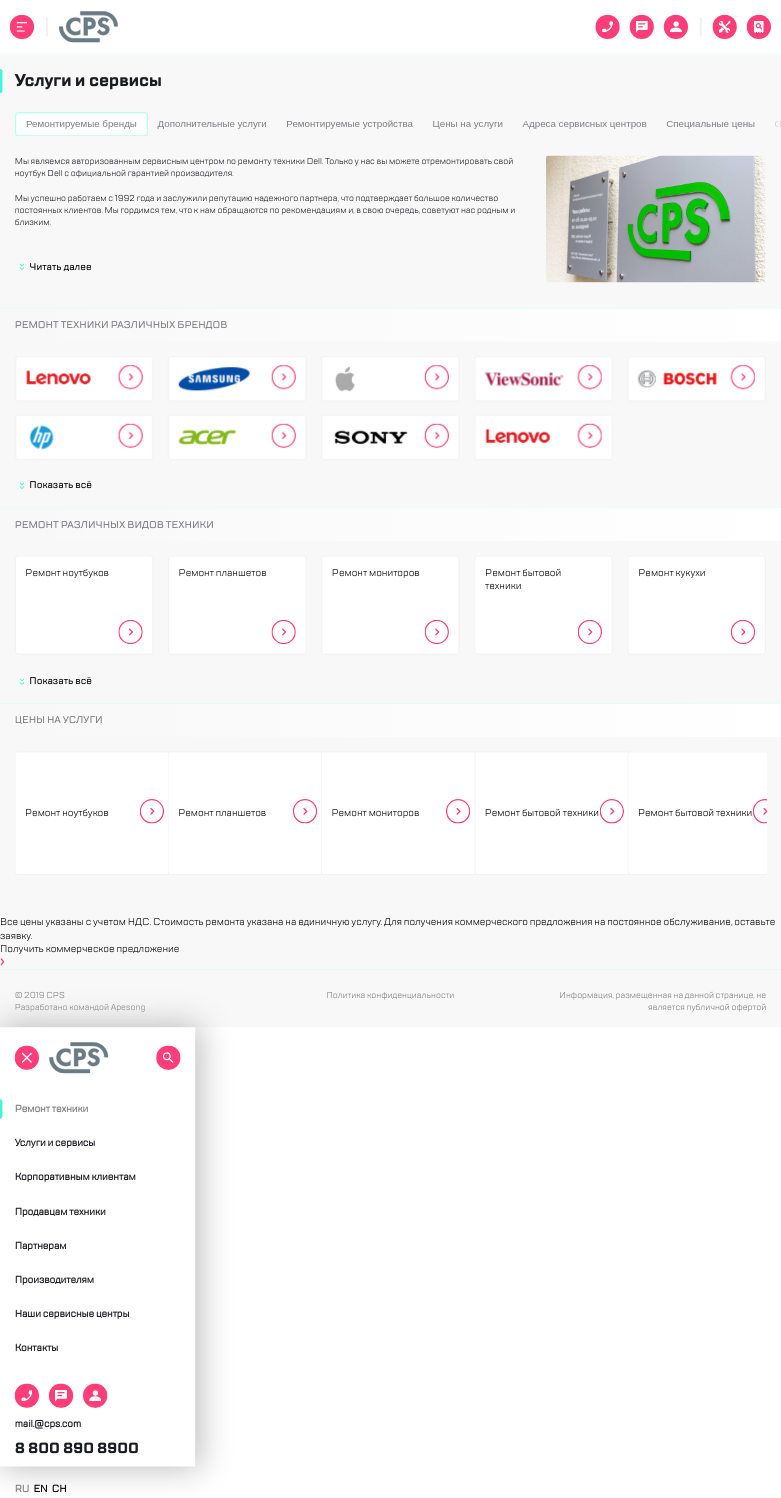
Repository: Dedoxa/WebCoreF
Page: /
These files come from the project's save history. The page is drawn as it stood at one moment and after the next save; the edit follows.
The browser window is 1280 px wide. The pictures show the whole page, at 61% of full size.
The project was rebuilt for these pictures with package versions that can differ from the ones it lists, and the page was loaded fresh each time. Also part of the build but not shown: webpack.config.js.

Above is the page before, as saved 2024-06-15 18:23:09.

### src/index.html
<!DOCTYPE html>
<html lang="en">
  <head>
    <meta charset="UTF-8" />
    <meta
      name="viewport"
      content="width=device-width, user-scalable=no, initial-scale=1.0, maximum-scale=1.0, minimum-scale=1.0"
    />
    <meta http-equiv="X-UA-Compatible" content="ie=edge" />
    <title>WebCoreFinal</title>
  </head>
  <body>
    <header class="header">
      <div class="header__left-side">
        <a id="burger" href="#" class="icon header__icon"></a>
        <a id="logo" href="#" class="icon header__icon"></a>
      </div>
      <div class="header__right-side">
        <a id="call" href="#" class="icon header__icon"></a>
        <a id="chat" href="#" class="icon header__icon"></a>
        <a id="profile" href="#" class="icon header__icon"></a>
        <a id="repair" href="#" class="icon header__icon"></a>
        <a id="checkStatus" href="#" class="icon header__icon"></a>
      </div>
    </header>
    <main>
      <section class="presentation">
        <div class="presentation__wrapper">
          <div class="presentation__title">
            <h1 class="presentation__heading">Услуги и сервисы</h1>
            <div class="presentation__right-area">
              <label class="presentation__icon-area">
                <span class="presentation__icon-text">Оставить заявку</span>
                <a id="repair" href="#" class="icon presentation__icon"></a>
              </label>
              <label class="presentation__icon-area">
                <span class="presentation__icon-text">Статус ремонта</span>
                <a id="checkStatus" href="#" class="icon presentation__icon"></a>
              </label>
            </div>
          </div>
          <div class="presentation__buttons">
            <button href="#" class="presentation__button presentation__button--focus">
              Ремонтируемые бренды
            </button>
            <button href="#" class="presentation__button">
              Дополнительные услуги
            </button>
            <button href="#" class="presentation__button">
              Ремонтируемые устройства
            </button>
            <button href="#" class="presentation__button">
              Цены на услуги
            </button>
            <button href="#" class="presentation__button">
              Адреса сервисных центров
            </button>
            <button href="#" class="presentation__button">
              Специальные цены
            </button>
            <button href="#" class="presentation__button">Отзывы</button>
            <div class="presentation__right-fade-effect"></div>
          </div>
          <div class="presentation__container">
            <div class="presentation__description">
              <p class="presentation__text">
                Мы являемся авторизованным сервисным центром по ремонту техники
                Dell. Только у нас вы можете отремонтировать свой ноутбук Dell с
                официальной гарантией производителя. <br /><br />
                Мы успешно работаем с 1992 года и заслужили репутацию надежного
                партнера, что подтверждает большое количество постоянных клиентов.
                Мы гордимся тем, что к нам обращаются по рекомендациям и, в свою
                очередь, советуют нас родным и близким.
              </p>
              <span class="presentation__toggler">Читать далее</span>
            </div>
            <img src="img/CPS-img-tablet.jpg" alt="" class="presentation__image-tablet" />
            <img
              src="img/CPS-img-desktop.jpg"
              alt=""
              class="presentation__image-desktop"
            />
          </div>
        </div>
        <img src="img/CPS-img-phone.jpg" alt="" class="presentation__image-phone" />
      </section>
      <section class="plates">
        <header class="plates__heading">
            <div class="plates__wrapper plates__wrapper-heading">
                <span>Ремонт техники различных брендов</span>
            </div>
        </header>
        <div class="plates__content-area">
            <div class="plates__wrapper">
                <div class="plates__swiper-container">
                    <div class="swiper plates__swiper">
                        <div id="plate-options" class="swiper-wrapper plates__brands-wrapper">
                            <div class="swiper-slide plates__slide">
                                <div class="plates__brand-plate">
                                    <img src="../img/logo-lenovo.png"  width="108" height="32"  class="plates__logo"></img>
                                    <div class="plates__dropdown-wrapper">
                                      <img src="./img/ic-dropdown.svg"></img>
                                    </div>
                                </div>
                            </div>
                            <div class="swiper-slide plates__slide">
                                <div class="plates__brand-plate">
                                    <img src="../img/logo-samsung.png" width="116" height="38.52" class="plates__logo"></img>
                                    <div class="plates__dropdown-wrapper">
                                      <img src="./img/ic-dropdown.svg"></img>
                                    </div>
                                </div>
                            </div>
                            <div class="swiper-slide plates__slide">
                                <div class="plates__brand-plate">
                                    <img src="../img/logo-apple.png" width="44" height="44" class="plates__logo"></img>
                                    <div class="plates__dropdown-wrapper">
                                      <img src="./img/ic-dropdown.svg"></img>
                                    </div>
                                </div>
                            </div>
                            <div class="swiper-slide plates__slide">
                                <div class="plates__brand-plate">
                                    <img src="../img/logo-viewSonic.png" width="128" height="21" class="plates__logo"></img>
                                    <div class="plates__dropdown-wrapper">
                                      <img src="./img/ic-dropdown.svg"></img>
                                    </div>
                                </div>
                            </div>
                            <div class="swiper-slide plates__slide">
                                <div class="plates__brand-plate">
                                    <img src="../img/logo-bosch.png" width="128" height="28.6" class="plates__logo"></img>
                                    <div class="plates__dropdown-wrapper">
                                      <img src="./img/ic-dropdown.svg"></img>
                                    </div>
                                </div>
                            </div>
                            <div class="swiper-slide plates__slide">
                                <div class="plates__brand-plate">
                                    <img src="../img/logo-hp.png" width="52" height="52" class="plates__logo"></img>
                                    <div class="plates__dropdown-wrapper">
                                      <img src="./img/ic-dropdown.svg"></img>
                                    </div>
                                </div>
                            </div>
                            <div class="swiper-slide plates__slide">
                                <div class="plates__brand-plate">
                                    <img src="../img/logo-acer.png" width="94" height="24" class="plates__logo"></img>
                                    <div class="plates__dropdown-wrapper">
                                      <img src="./img/ic-dropdown.svg"></img>
                                    </div>
                                </div>
                            </div>
                            <div class="swiper-slide plates__slide">
                                <div class="plates__brand-plate">
                                    <img src="../img/logo-sony.png" width="128" height="25.6" class="plates__logo"></img>
                                    <div class="plates__dropdown-wrapper">
                                      <img src="./img/ic-dropdown.svg"></img>
                                    </div>
                                </div>
                            </div>
                            <div class="swiper-slide plates__slide">
                                <div class="plates__brand-plate">
                                    <img src="../img/logo-lenovo.png"  width="108" height="32"  class="plates__logo"></img>
                                    <div class="plates__dropdown-wrapper">
                                      <img src="./img/ic-dropdown.svg"></img>
                                    </div>
                                </div>
                            </div>
                        </div>
                        <div class="swiper-pagination"></div>
                    </div>
                </div>
            </div>
            <div class="plates__toggler-area">
                <label class="plates__wrapper plates__wrapper-toggler">
                    <span id="plates-toggler" class="plates__toggler">Показать всё</span>
                </label>
            </div>
        </div>
      </section>
      <section class="plates">
        <header class="plates__heading">
            <div class="plates__wrapper plates__wrapper-heading">
                <span>Ремонт различных видов техники</span>
            </div>
        </header>
        <div class="plates__content-area">
            <div class="plates__wrapper">
                <div class="plates__swiper-container">
                    <div class="swiper plates__swiper">
                        <div id="device-options" class="swiper-wrapper plates__devices-wrapper">
                            <div class="swiper-slide plates__slide">
                                <div class="plates__device-plate">
                                  <span class="plates__logo">Ремонт ноутбуков</span>
                                  <div class="plates__dropdown-wrapper">
                                    <img src="./img/ic-dropdown.svg"></img>
                                  </div>
                                </div>
                            </div>
                            <div class="swiper-slide plates__slide">
                                <div class="plates__device-plate">
                                  <span class="plates__logo">Ремонт планшетов</span>
                                  <div class="plates__dropdown-wrapper">
                                    <img src="./img/ic-dropdown.svg"></img>
                                  </div>
                                </div>
                            </div>
                            <div class="swiper-slide plates__slide">
                                <div class="plates__device-plate">
                                  <span class="plates__logo">Ремонт мониторов</span>
                                  <div class="plates__dropdown-wrapper">
                                    <img src="./img/ic-dropdown.svg"></img>
                                  </div>
                                </div>
                            </div>
                            <div class="swiper-slide plates__slide">
                                <div class="plates__device-plate">
                                  <span class="plates__logo">Ремонт бытовой техники</span>
                                  <div class="plates__dropdown-wrapper">
                                    <img src="./img/ic-dropdown.svg"></img>
                                  </div>
                                </div>
                            </div>
                            <div class="swiper-slide plates__slide">
                                <div class="plates__device-plate">
                                  <span class="plates__logo">Ремонт кукухи</span>
                                  <div class="plates__dropdown-wrapper">
                                    <img src="./img/ic-dropdown.svg"></img>
                                  </div>
                                </div>
                            </div>
                            <div class="swiper-slide plates__slide">
                                <div class="plates__device-plate">
                                  <span class="plates__logo">Ремонт шмемонт</span>
                                  <div class="plates__dropdown-wrapper">
                                    <img src="./img/ic-dropdown.svg"></img>
                                  </div>
                                </div>
                            </div>
                            <div class="swiper-slide plates__slide">
                                <div class="plates__device-plate">
                                  <span class="plates__logo">Ремонт бельмонт</span>
                                  <div class="plates__dropdown-wrapper">
                                    <img src="./img/ic-dropdown.svg"></img>
                                  </div>
                                </div>
                            </div>
                            <div class="swiper-slide plates__slide">
                                <div class="plates__device-plate">
                                  <span class="plates__logo">Ремонт взял тебя на понт</span>
                                  <div class="plates__dropdown-wrapper">
                                    <img src="./img/ic-dropdown.svg"></img>
                                  </div>
                                </div>
                            </div>
                            <div class="swiper-slide plates__slide">
                                <div class="plates__device-plate">
                                  <span class="plates__logo">Ремонт дорог (вечный*)</span>
                                  <div class="plates__dropdown-wrapper">
                                    <img src="./img/ic-dropdown.svg"></img>
                                  </div>
                                </div>
                            </div>
                        </div>
                        <div class="swiper-pagination"></div>
                    </div>
                </div>
            </div>
            <div class="plates__toggler-area">
                <label class="plates__wrapper plates__wrapper-toggler">
                    <span id="devices-toggler" class="plates__toggler">Показать всё</span>
                </label>
            </div>
        </div>
      </section>
      <section class="plates">
        <header class="plates__heading">
          <div class="plates__wrapper plates__wrapper-heading">
            <span>Цены на услуги</span>
          </div>
        </header>
        <div class="plates__content-area">
          <div class="plates__wrapper">
            <div class="plates__swiper-container">
              <div class="swiper plates__swiper">
                <div class="swiper-wrapper plates__table-wrapper">

                  <div class="swiper-slide plates__slide">
                    <div class="plates__table-plate">
                      <span class="plates__logo">Ремонт ноутбуков</span>
                      <div class="plates__dropdown-wrapper">
                        <img src="./img/ic-dropdown.svg"/>
                      </div>
                    </div>
                  </div>
                  <div class="swiper-slide plates__slide">
                    <div class="plates__table-plate">
                      <span class="plates__logo">Ремонт планшетов</span>
                      <div class="plates__dropdown-wrapper">
                        <img src="./img/ic-dropdown.svg"/>
                      </div>
                    </div>
                  </div>
                  <div class="swiper-slide plates__slide">
                    <div class="plates__table-plate">
                      <span class="plates__logo">Ремонт мониторов</span>
                      <div class="plates__dropdown-wrapper">
                        <img src="./img/ic-dropdown.svg"/>
                      </div>
                    </div>
                  </div>
                  <div class="swiper-slide plates__slide">
                    <div class="plates__table-plate">
                      <span class="plates__logo">Ремонт бытовой техники</span>
                      <div class="plates__dropdown-wrapper">
                        <img src="./img/ic-dropdown.svg"/>
                      </div>
                    </div>
                  </div>
                  <div class="swiper-slide plates__slide">
                    <div class="plates__table-plate">
                      <span class="plates__logo">Ремонт бытовой техники</span>
                      <div class="plates__dropdown-wrapper">
                        <img src="./img/ic-dropdown.svg"/>
                      </div>
                    </div>
                  </div>
                </div>
                <div class="swiper-pagination"></div>
              </div>
            </div>
          </div>
        </div>
        <div class="priceText">
          <p>Все цены указаны с учетом НДС. Стоимость ремонта указана на единичную услугу. Для получения коммерческого предложения на постоянное обслуживание, оставьте заявку.</p>
          <div>
            <p>Получить коммерческое предложение</p>
            <img src="./img/ic-right-pink-arrow.svg">
          </div>
        </div>
      </section>
      <footer class="footer">
        <div class="footer__wrapper">
            <div>
              <p>© 2019 CPS<br>Разработано командой Apesong</p>
            </div>
            <div>
              <p>Политика конфиденциальности</p>
            </div>
            <div>
              <p>Информация, размещенная на данной странице, не является публичной офертой</p>
            </div>
      </footer>

      <aside class="aside-menu">
        <div class="aside-menu__wrapper">
          <div>
            <div class="aside-menu__header">
              <div class="aside-menu__subwrapper">
                <div class="aside-menu__header-left">
                  <a id="cross" href="#" class="icon aside-menu__icon"></a>
                  <a id="logo" href="#" class="icon aside-menu__icon"></a>
                </div>
                <div class="aside-menu__header-right">
                  <a id="search" href="#" class="icon aside-menu__icon"></a>
                </div>
              </div>
            </div>
            <ul class="aside-menu__links-list">
              <li class="aside-menu__link aside-menu__link--active">
                <a href="#" class=""> Ремонт техники </a>
              </li>
              <li class="aside-menu__link"><a href="#"> Услуги и сервисы </a></li>
              <li class="aside-menu__link"><a href="#"> Корпоративным клиентам </a></li>
              <li class="aside-menu__link"><a href="#"> Продавцам техники </a></li>
              <li class="aside-menu__link"><a href="#"> Партнерам </a></li>
              <li class="aside-menu__link"><a href="#"> Производителям </a></li>
              <li class="aside-menu__link"><a href="#"> Наши сервисные центры </a></li>
              <li class="aside-menu__link"><a href="#"> Контакты </a></li>
            </ul>
          </div>
          <section class="aside-menu__down-section">
            <div class="aside-menu__down-wrapper">
              <div class="aside-menu__down-icons">
                <a id="call" href="#" class="icon aside-menu__icon"></a>
                <a id="chat" href="#" class="icon aside-menu__icon"></a>
                <a id="profile" href="#" class="icon aside-menu__icon"></a>
              </div>
              <div>
                <a href="mailto:mail.@cps.com" class="aside-menu__email"><span>mail.@cps.com</span></a>
                <a href="tel:+88008908900" class="aside-menu__phone-number"><span>8 800 890 8900</span></a>
              </div>
              <div class="aside-menu__language-choice">
                <span class="aside-menu__language-option aside-menu__language-option--active">RU</span>
                <span class="aside-menu__language-option">EN</span>
                <span class="aside-menu__language-option">CH</span>
              </div>
            </div>
          </section>
        </div>
      </aside>
    </main>
  </body>
</html>

### src/scss/style.scss
@import url('./\(id\)icons.scss');
@import url('./\(import\)fonts.scss');
@import url('./\(tag\)html.scss');
@import url('./\(tag\)svg.scss');
@import url('../../node_modules/swiper/swiper-bundle.css');

@import url('./aside-menu.scss');
@import url('./footer.scss');
@import url('./header.scss');
@import url('./icon.scss');
@import url('./jsExpand.scss');
@import url('./plates.scss');
@import url('./presentation.scss');
@import url('./swiper-castomization.scss');

### src/scss/(tag)html.scss
html {
  box-sizing: border-box;
  font-family: 'TT Lakes Regular', Times, serif;

  * {
    box-sizing: inherit;
    margin: 0;
    padding: 0;

    &:before,
    &:after {
      box-sizing: inherit;
      margin: 0;
      padding: 0;
    }
  }
}

### src/scss/(tag)svg.scss
svg {
  position: absolute;
  top: 50%;
  left: 50%;
  transform: translate(-50%, -50%);
}

### src/scss/icon.scss
.icon {
  flex: 0 0 auto;
  position: relative;
  width: 40px;
  height: 40px;
  background-color: #ff3e79;
  background-repeat: no-repeat;
  background-position: center;
  border-radius: 50%;
  transition: opacity linear 0.2s;
  opacity: 100%;

  &:hover {
    transition: opacity linear 0.2s;
    opacity: 50%;
  }
}

### src/scss/jsExpand.scss
.jsExpand {
  height: max-content !important;
}

### src/scss/swiper-castomization.scss
.swiper-pagination {
  .swiper-pagination-bullet {
    width: 12px;
    height: 12px;
    background-color: #dddddd;
  }

  .swiper-pagination-bullet-active {
    background-color: #b5b6bc;
  }
}

Loaded but not shown: src/js/js.js (51 lines, source omitted); src/js/index.js (4 lines, source omitted); src/scss/presentation.scss (262 lines, source omitted); src/scss/plates.scss (208 lines, source omitted); src/scss/aside-menu.scss (163 lines, source omitted); src/scss/header.scss (87 lines, source omitted); src/scss/(import)fonts.scss (29 lines, source omitted); src/scss/footer.scss (56 lines, source omitted); src/scss/(id)icons.scss (37 lines, source omitted)

After the next save:
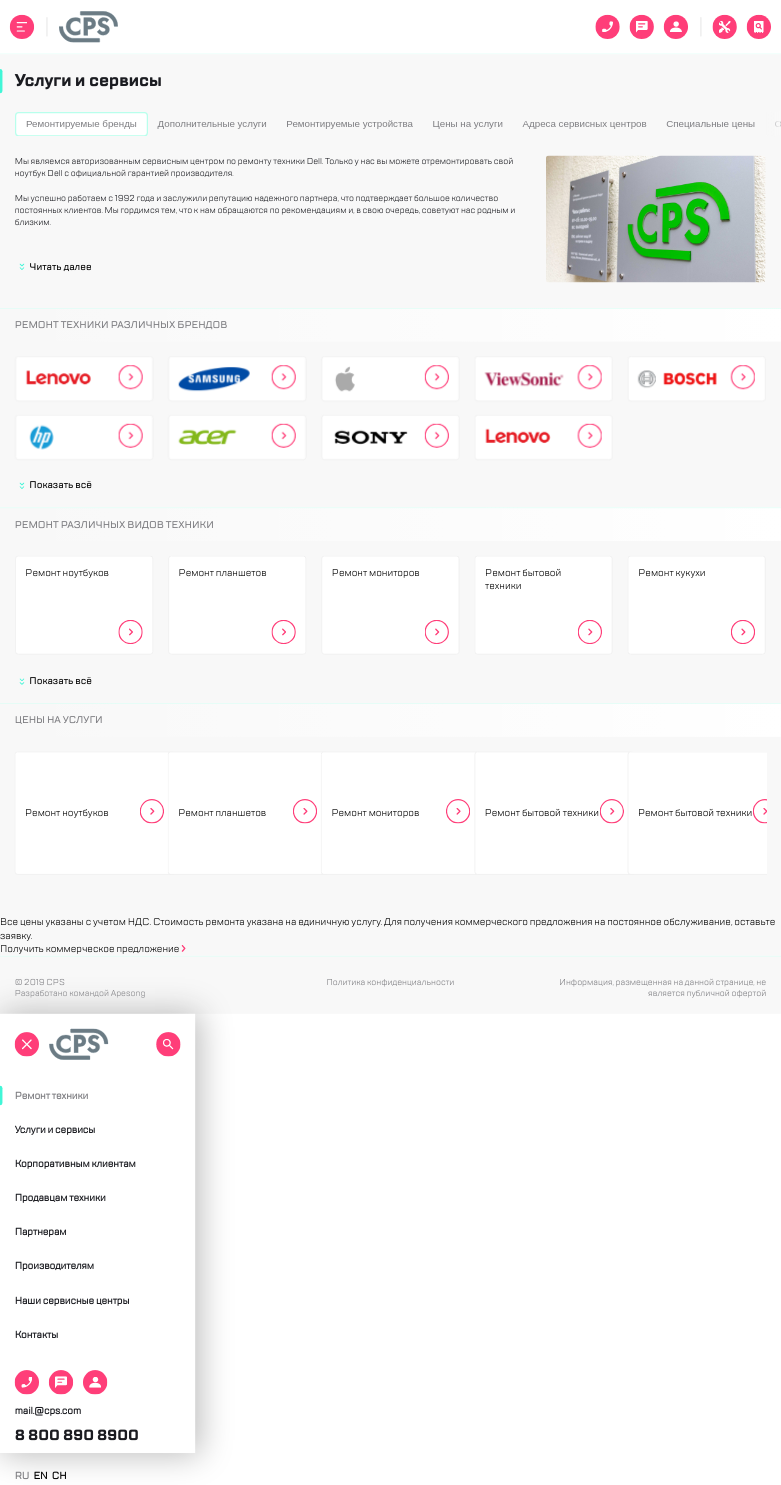
Saved 37 s later.
--- a/src/index.html
+++ b/src/index.html
@@ -333,9 +333,9 @@
           </div>
         </div>
         <div class="priceText">
-          <p>Все цены указаны с учетом НДС. Стоимость ремонта указана на единичную услугу. Для получения коммерческого предложения на постоянное обслуживание, оставьте заявку.</p>
+          <span>Все цены указаны с учетом НДС. Стоимость ремонта указана на единичную услугу. Для получения коммерческого предложения на постоянное обслуживание, оставьте заявку.</span>
           <div>
-            <p>Получить коммерческое предложение</p>
+            <span>Получить коммерческое предложение</span>
             <img src="./img/ic-right-pink-arrow.svg">
           </div>
         </div>
